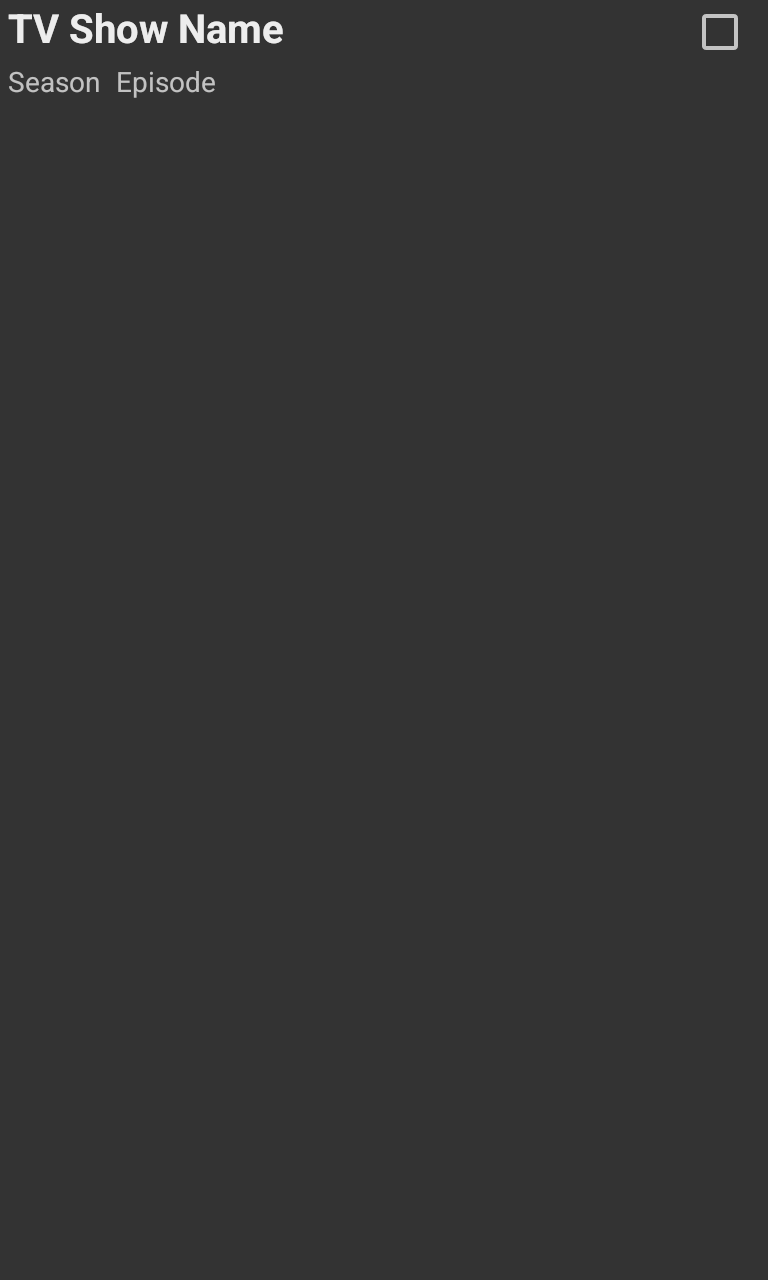
Repository: Jeedan/learning-android-apps
Layout: TvShowTracker/res/layout/list_item_tvshow.xml
These files come from the project's save history. The layout is drawn as it stood at one moment and after the next save; the edit follows.
It is drawn on a 768 x 1280 px phone screen (xhdpi) without system bars, with theme AppTheme; the app's code is not run. The app's manifest (not shown) leaves right-to-left support off. So textAlignment, textDirection and layoutDirection are ignored, and left and right values win over start and end ones.

Above is the layout before, as saved 2014-10-29 14:51:33.

### TvShowTracker/res/layout/list_item_tvshow.xml
<?xml version="1.0" encoding="utf-8"?>
<RelativeLayout xmlns:android="http://schemas.android.com/apk/res/android"
    android:layout_width="match_parent"
    android:layout_height="wrap_content" >

    <TextView
        android:id="@+id/tv_Show_Name_Text_View"
        android:layout_width="match_parent"
        android:layout_height="wrap_content"
        android:textSize="20sp"
        android:textStyle="bold"
        android:paddingLeft="4dp"
        android:paddingRight="4dp"
        android:text="@string/tv_show_name"/>

    <TextView
        android:id="@+id/tracking_text_View"
        android:layout_width="match_parent"
        android:layout_height="wrap_content"
        android:textSize="20sp"
        android:textStyle="bold"
        android:paddingLeft="4dp"
        android:paddingRight="4dp"
        android:text="@string/tv_show_name"/>
    android:text="@string/tracking_text_check_box"
    <CheckBox android:id="@+id/tracked_tv_show_check_box"
        android:layout_width="wrap_content"
        android:layout_height="wrap_content"
        android:layout_alignParentRight="true"
        android:layout_alignParentEnd="true"
        android:padding="4dp"
        android:enabled="true"
        android:focusable="false"
        />

	<TextView
        android:id="@+id/tv_Show_Season_Text_View"
        android:layout_width="wrap_content"
        android:layout_height="wrap_content"
        android:paddingLeft="4dp"
        android:paddingRight="4dp"
        android:paddingTop="4dp"
        android:layout_below="@id/tv_Show_Name_Text_View"
        android:text="@string/tv_show_season"/>

	<TextView
        android:id="@+id/tv_Show_Episode_Text_View"
        android:layout_width="wrap_content"
        android:layout_height="wrap_content"
        android:paddingLeft="4dp"
        android:paddingRight="4dp"
        android:paddingTop="4dp"
        android:layout_below="@id/tv_Show_Name_Text_View"
        android:layout_toEndOf="@id/tv_Show_Season_Text_View"
        android:layout_toRightOf="@id/tv_Show_Season_Text_View"
        android:text="@string/tv_show_episode_title"/>

</RelativeLayout>

### TvShowTracker/res/values-v21/styles.xml
<resources>

    <!--
        Base application theme for API 14+. This theme completely replaces
        AppBaseTheme from BOTH res/values/styles.xml and
        res/values-v11/styles.xml on API 14+ devices.
    -->
    <style name="AppBaseTheme" parent="@android:style/Theme.Material">
        <!-- API 21 theme customizations can go here. -->
     	<!-- Main theme colors -->
	    <!--   your app branding color for the app bar (Action bar_)-->
	    <item name="android:colorPrimary">@color/primary</item>
	    <!--   darker variant for the status bar and contextual app bars -->
	    <item name="android:colorPrimaryDark">@color/primary_dark</item>
	    <!--   theme UI controls like checkboxes and text fields -->
	    <item name="android:colorAccent">@color/accent</item>
	    <!--   winow background -->
	    <item name="android:windowBackground">@color/windowBackground</item>
	    <!--   Text but don't know if it is for all texts -->
	    <item name="android:textColorPrimary">@color/textColorPrimary_Light</item>
    </style>

        <!-- Application theme. -->
    <style name="AppTheme" parent="AppBaseTheme">
        </style>
</resources>

### TvShowTracker/res/values/colors.xml
<?xml version="1.0" encoding="utf-8"?>
<resources>
    <color name="accent">#FF9D00</color>

    <!--  example: season + episode + release date info text under Show Name -->
    <color name="show_subtitle_text_view_color">#368ABF</color>

    <color name="textColorPrimary">#ffffff</color>
    <color name="textColorPrimary_Light">#666666</color>

    <color name="windowBackground">#333333</color>

    <color name="primary">#1a1a1a</color>
    <color name="primary_dark">#000000</color>

</resources>

### TvShowTracker/res/values/strings.xml
<?xml version="1.0" encoding="utf-8"?>
<resources>

    <string name="app_name">TvShowTracker</string>
    <string name="app_all_shows">List of all available shows</string>
    <string name="app_calendar_title">Today\'s shows</string>
    <string name="action_settings">Settings</string>

    <string name="tv_show_name">TV Show Name</string>
    <string name="tv_show_season">Season</string>
    <string name="tv_show_episode_title">Episode</string>


    <string name="empty_list">There are no TV Shows in this list.</string>


    <string name="tracking_text_check_box">Tracking</string>

</resources>

Loaded but not shown: TvShowTracker/res/values/styles.xml (common file); TvShowTracker/res/values-v11/styles.xml (common file)

After the next save:
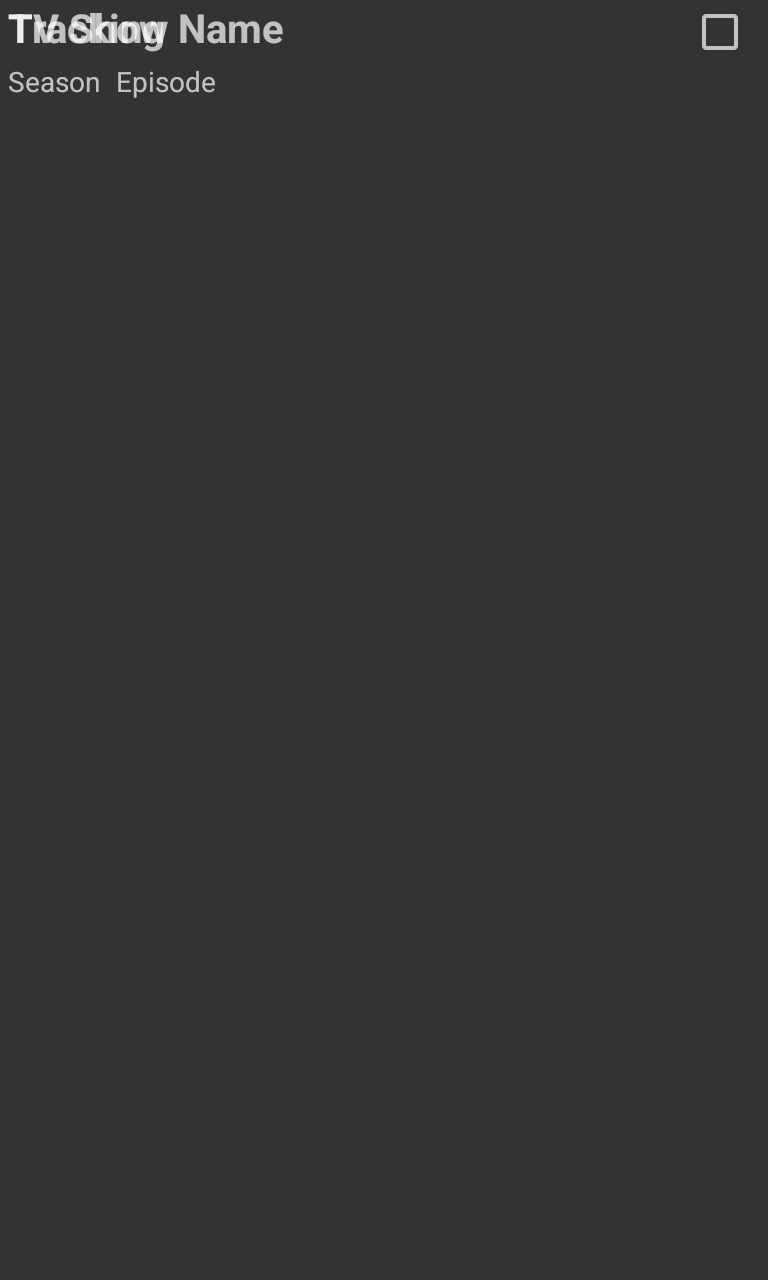
Saved 15 s later.
--- a/TvShowTracker/res/layout/list_item_tvshow.xml
+++ b/TvShowTracker/res/layout/list_item_tvshow.xml
@@ -21,8 +21,7 @@
         android:textStyle="bold"
         android:paddingLeft="4dp"
         android:paddingRight="4dp"
-        android:text="@string/tv_show_name"/>
-    android:text="@string/tracking_text_check_box"
+    android:text="@string/tracking_text_check_box"/>
     <CheckBox android:id="@+id/tracked_tv_show_check_box"
         android:layout_width="wrap_content"
         android:layout_height="wrap_content"
